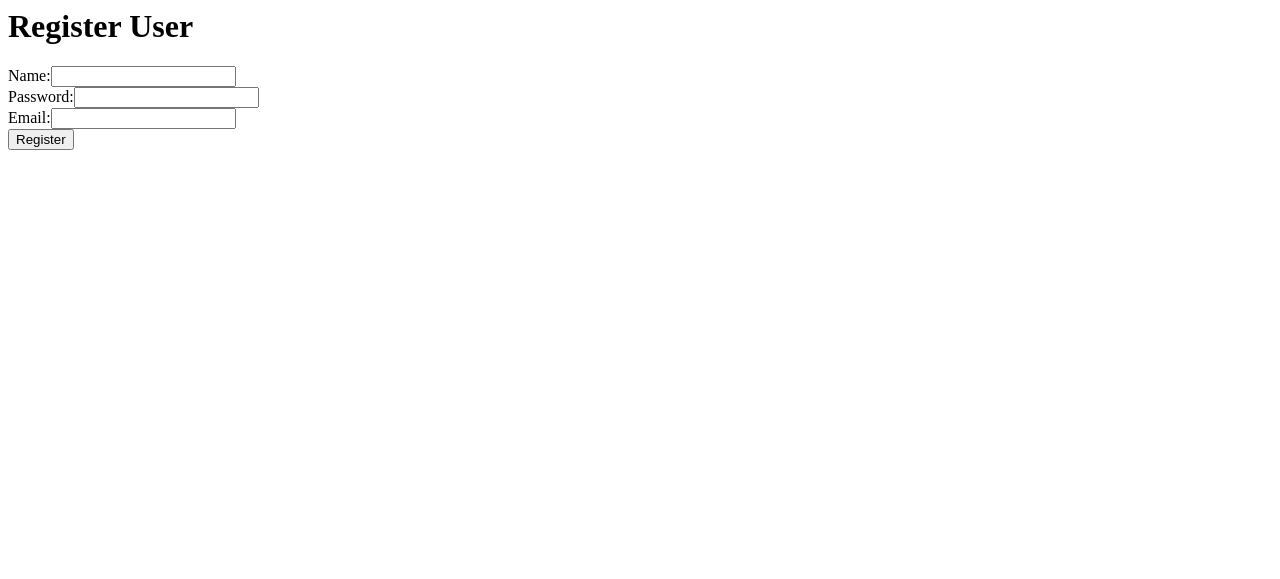
Repository: rajesh2058/2024JAVA
Page: http://localhost/hello/day6register.jsp
An editor plug-in stored every save of this project. The page is shown before and after the next save, followed by the edit.
The browser window is 1280 px wide. The pictures show the whole page.
The page is served by Tomcat 9.

Above is the page before, as saved 2024-12-06 02:52:01.

### JSP/hello/src/main/webapp/day6register.jsp
<h1>Register User</h1>
<form method="post" action="day6registerdb.jsp">
Name:<input type="text" name="name"><br>
Password:<input type="password" name="password"><br>
Email:<input type="text" name="email"><br>
<input type="submit" value="Register">
</form>

After the next save:
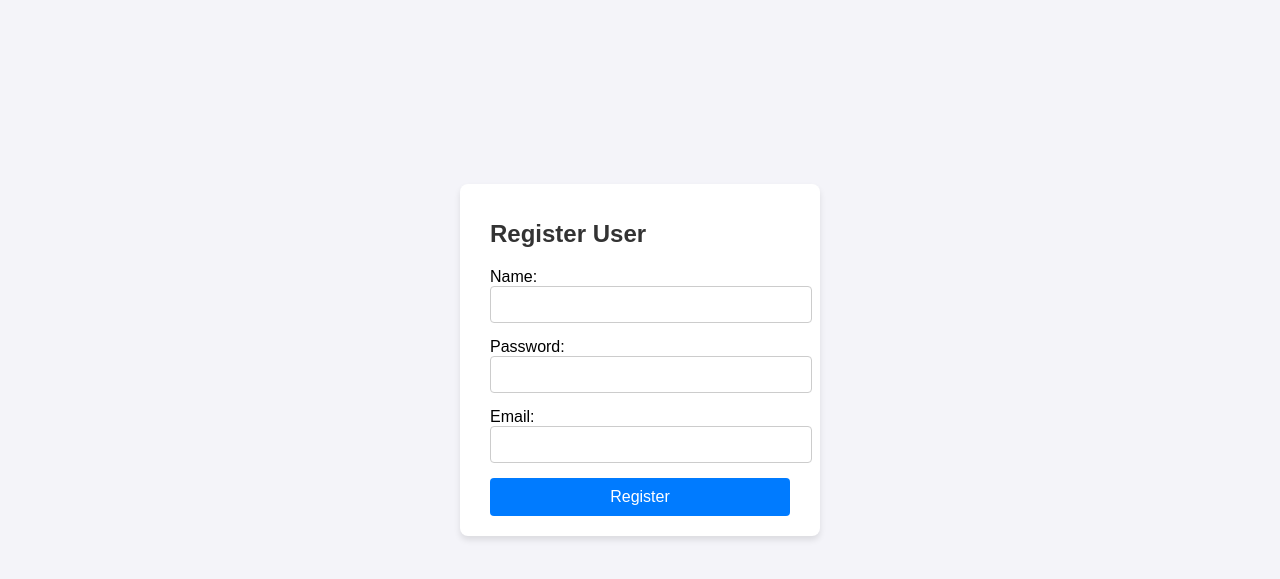
Saved 3 min 15 s later.
--- a/JSP/hello/src/main/webapp/day6register.jsp
+++ b/JSP/hello/src/main/webapp/day6register.jsp
@@ -1,7 +1,94 @@
-<h1>Register User</h1>
-<form method="post" action="day6registerdb.jsp">
-Name:<input type="text" name="name"><br>
-Password:<input type="password" name="password"><br>
-Email:<input type="text" name="email"><br>
-<input type="submit" value="Register">
-</form>
+<!DOCTYPE html>
+<html lang="en">
+<head>
+    <meta charset="UTF-8">
+    <meta name="viewport" content="width=device-width, initial-scale=1.0">
+    <title>Register User</title>
+    <style>
+        body {
+            font-family: Arial, sans-serif;
+            background-color: #f4f4f9;
+            margin: 0;
+            padding: 0;
+            display: flex;
+            justify-content: center;
+            align-items: center;
+            height: 100vh;
+        }
+        .register-form {
+            background-color: #ffffff;
+            padding: 20px 30px;
+            border-radius: 8px;
+            box-shadow: 0 4px 6px rgba(0, 0, 0, 0.1);
+            width: 300px;
+        }
+        .register-form h1 {
+            font-size: 24px;
+            margin-bottom: 20px;
+            color: #333333;
+        }
+        .register-form input[type="text"],
+        .register-form input[type="password"] {
+            width: 100%;
+            padding: 10px;
+            margin-bottom: 15px;
+            border: 1px solid #ccc;
+            border-radius: 4px;
+        }
+        .register-form input[type="submit"] {
+            width: 100%;
+            padding: 10px;
+            background-color: #007BFF;
+            color: white;
+            border: none;
+            border-radius: 4px;
+            cursor: pointer;
+            font-size: 16px;
+        }
+        .register-form input[type="submit"]:hover {
+            background-color: #0056b3;
+        }
+        .error-message {
+            color: red;
+            font-size: 14px;
+            margin-bottom: 10px;
+        }
+    </style>
+    <script>
+        function validateForm(event) {
+            const name = document.forms["registerForm"]["name"].value;
+            const password = document.forms["registerForm"]["password"].value;
+            const email = document.forms["registerForm"]["email"].value;
+
+            let errorMessage = "";
+
+            if (!name) {
+                errorMessage += "Name cannot be empty.\\n";
+            }
+
+            if (!password) {
+                errorMessage += "Password cannot be empty.\\n";
+            }
+
+            if (!email.endsWith("@gmail.com")) {
+                errorMessage += "Email must end with @gmail.com.\\n";
+            }
+
+            if (errorMessage) {
+                alert(errorMessage);
+                event.preventDefault(); // Prevent form submission
+            }
+        }
+    </script>
+</head>
+<body>
+    <form class="register-form" name="registerForm" method="post" action="day6registerdb.jsp" onsubmit="validateForm(event)">
+        <h1>Register User</h1>
+        <div class="error-message"></div>
+        Name:<input type="text" name="name"><br>
+        Password:<input type="password" name="password"><br>
+        Email:<input type="text" name="email"><br>
+        <input type="submit" value="Register">
+    </form>
+</body>
+</html>
